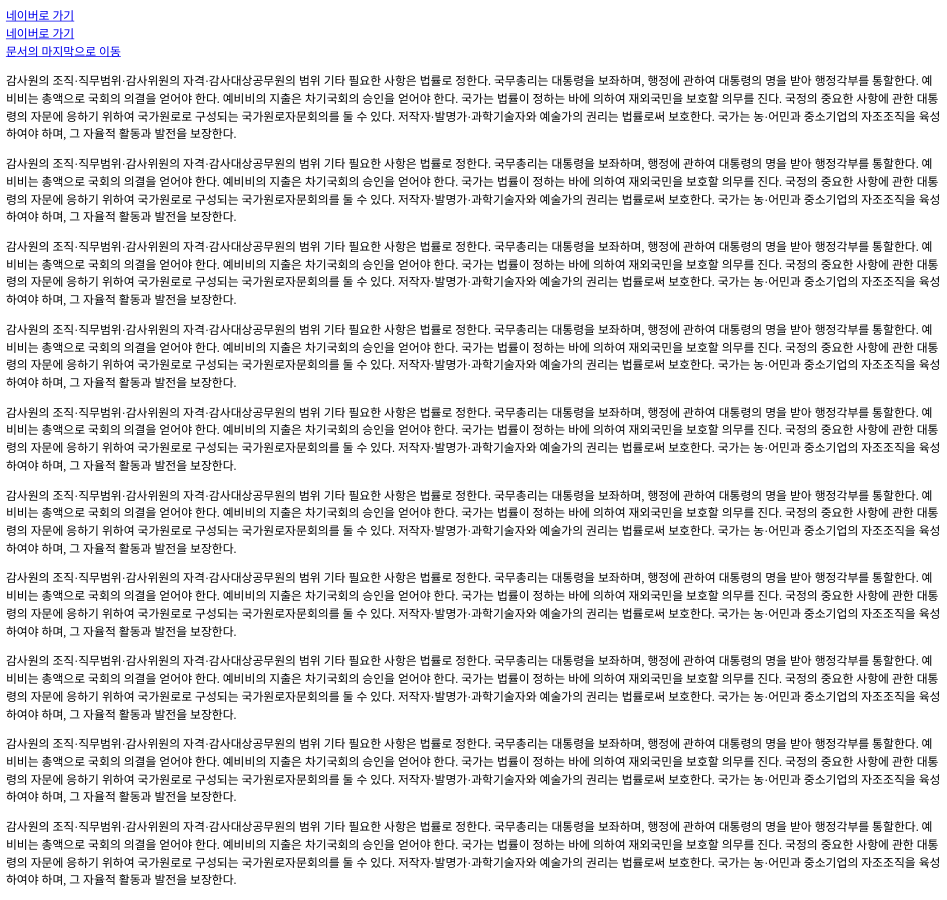
Repository: AkaKSR/Java_Convergence_New
Page: HTML0826/WebContent/Ex08.html
These files come from the project's save history. The page is drawn as it stood at one moment and after the next save; the edit follows.
The browser window is 1280 px wide. The pictures show the whole page, at 74% of full size.

Above is the page before, as saved 2019-08-26 08:06:39.

### HTML0826/WebContent/Ex08.html
<!DOCTYPE html>
<html>
<head>
<meta charset="UTF-8">
<title>Insert title here</title>
</head>
<body>
	<a href="https://www.naver.com/" title="네이버로 이동">네이버로 가기</a>
	<br>
	<a href="https://www.naver.com/" title="네이버로 이동" target="_blank">네이버로
		가기</a>
	<br>
	<a href="#bottom" title="문서의 마지막으로 이동">문서의 마지막으로 이동</a>
	<p>감사원의 조직·직무범위·감사위원의 자격·감사대상공무원의 범위 기타 필요한 사항은 법률로 정한다. 국무총리는 대통령을
		보좌하며, 행정에 관하여 대통령의 명을 받아 행정각부를 통할한다. 예비비는 총액으로 국회의 의결을 얻어야 한다. 예비비의
		지출은 차기국회의 승인을 얻어야 한다. 국가는 법률이 정하는 바에 의하여 재외국민을 보호할 의무를 진다. 국정의 중요한 사항에
		관한 대통령의 자문에 응하기 위하여 국가원로로 구성되는 국가원로자문회의를 둘 수 있다. 저작자·발명가·과학기술자와 예술가의
		권리는 법률로써 보호한다. 국가는 농·어민과 중소기업의 자조조직을 육성하여야 하며, 그 자율적 활동과 발전을 보장한다.</p>
	<p>감사원의 조직·직무범위·감사위원의 자격·감사대상공무원의 범위 기타 필요한 사항은 법률로 정한다. 국무총리는 대통령을
		보좌하며, 행정에 관하여 대통령의 명을 받아 행정각부를 통할한다. 예비비는 총액으로 국회의 의결을 얻어야 한다. 예비비의
		지출은 차기국회의 승인을 얻어야 한다. 국가는 법률이 정하는 바에 의하여 재외국민을 보호할 의무를 진다. 국정의 중요한 사항에
		관한 대통령의 자문에 응하기 위하여 국가원로로 구성되는 국가원로자문회의를 둘 수 있다. 저작자·발명가·과학기술자와 예술가의
		권리는 법률로써 보호한다. 국가는 농·어민과 중소기업의 자조조직을 육성하여야 하며, 그 자율적 활동과 발전을 보장한다.</p>
	<p>감사원의 조직·직무범위·감사위원의 자격·감사대상공무원의 범위 기타 필요한 사항은 법률로 정한다. 국무총리는 대통령을
		보좌하며, 행정에 관하여 대통령의 명을 받아 행정각부를 통할한다. 예비비는 총액으로 국회의 의결을 얻어야 한다. 예비비의
		지출은 차기국회의 승인을 얻어야 한다. 국가는 법률이 정하는 바에 의하여 재외국민을 보호할 의무를 진다. 국정의 중요한 사항에
		관한 대통령의 자문에 응하기 위하여 국가원로로 구성되는 국가원로자문회의를 둘 수 있다. 저작자·발명가·과학기술자와 예술가의
		권리는 법률로써 보호한다. 국가는 농·어민과 중소기업의 자조조직을 육성하여야 하며, 그 자율적 활동과 발전을 보장한다.</p>
	<p>감사원의 조직·직무범위·감사위원의 자격·감사대상공무원의 범위 기타 필요한 사항은 법률로 정한다. 국무총리는 대통령을
		보좌하며, 행정에 관하여 대통령의 명을 받아 행정각부를 통할한다. 예비비는 총액으로 국회의 의결을 얻어야 한다. 예비비의
		지출은 차기국회의 승인을 얻어야 한다. 국가는 법률이 정하는 바에 의하여 재외국민을 보호할 의무를 진다. 국정의 중요한 사항에
		관한 대통령의 자문에 응하기 위하여 국가원로로 구성되는 국가원로자문회의를 둘 수 있다. 저작자·발명가·과학기술자와 예술가의
		권리는 법률로써 보호한다. 국가는 농·어민과 중소기업의 자조조직을 육성하여야 하며, 그 자율적 활동과 발전을 보장한다.</p>
	<p>감사원의 조직·직무범위·감사위원의 자격·감사대상공무원의 범위 기타 필요한 사항은 법률로 정한다. 국무총리는 대통령을
		보좌하며, 행정에 관하여 대통령의 명을 받아 행정각부를 통할한다. 예비비는 총액으로 국회의 의결을 얻어야 한다. 예비비의
		지출은 차기국회의 승인을 얻어야 한다. 국가는 법률이 정하는 바에 의하여 재외국민을 보호할 의무를 진다. 국정의 중요한 사항에
		관한 대통령의 자문에 응하기 위하여 국가원로로 구성되는 국가원로자문회의를 둘 수 있다. 저작자·발명가·과학기술자와 예술가의
		권리는 법률로써 보호한다. 국가는 농·어민과 중소기업의 자조조직을 육성하여야 하며, 그 자율적 활동과 발전을 보장한다.</p>
	<p>감사원의 조직·직무범위·감사위원의 자격·감사대상공무원의 범위 기타 필요한 사항은 법률로 정한다. 국무총리는 대통령을
		보좌하며, 행정에 관하여 대통령의 명을 받아 행정각부를 통할한다. 예비비는 총액으로 국회의 의결을 얻어야 한다. 예비비의
		지출은 차기국회의 승인을 얻어야 한다. 국가는 법률이 정하는 바에 의하여 재외국민을 보호할 의무를 진다. 국정의 중요한 사항에
		관한 대통령의 자문에 응하기 위하여 국가원로로 구성되는 국가원로자문회의를 둘 수 있다. 저작자·발명가·과학기술자와 예술가의
		권리는 법률로써 보호한다. 국가는 농·어민과 중소기업의 자조조직을 육성하여야 하며, 그 자율적 활동과 발전을 보장한다.</p>
	<p>감사원의 조직·직무범위·감사위원의 자격·감사대상공무원의 범위 기타 필요한 사항은 법률로 정한다. 국무총리는 대통령을
		보좌하며, 행정에 관하여 대통령의 명을 받아 행정각부를 통할한다. 예비비는 총액으로 국회의 의결을 얻어야 한다. 예비비의
		지출은 차기국회의 승인을 얻어야 한다. 국가는 법률이 정하는 바에 의하여 재외국민을 보호할 의무를 진다. 국정의 중요한 사항에
		관한 대통령의 자문에 응하기 위하여 국가원로로 구성되는 국가원로자문회의를 둘 수 있다. 저작자·발명가·과학기술자와 예술가의
		권리는 법률로써 보호한다. 국가는 농·어민과 중소기업의 자조조직을 육성하여야 하며, 그 자율적 활동과 발전을 보장한다.</p>
	<p>감사원의 조직·직무범위·감사위원의 자격·감사대상공무원의 범위 기타 필요한 사항은 법률로 정한다. 국무총리는 대통령을
		보좌하며, 행정에 관하여 대통령의 명을 받아 행정각부를 통할한다. 예비비는 총액으로 국회의 의결을 얻어야 한다. 예비비의
		지출은 차기국회의 승인을 얻어야 한다. 국가는 법률이 정하는 바에 의하여 재외국민을 보호할 의무를 진다. 국정의 중요한 사항에
		관한 대통령의 자문에 응하기 위하여 국가원로로 구성되는 국가원로자문회의를 둘 수 있다. 저작자·발명가·과학기술자와 예술가의
		권리는 법률로써 보호한다. 국가는 농·어민과 중소기업의 자조조직을 육성하여야 하며, 그 자율적 활동과 발전을 보장한다.</p>
	<p>감사원의 조직·직무범위·감사위원의 자격·감사대상공무원의 범위 기타 필요한 사항은 법률로 정한다. 국무총리는 대통령을
		보좌하며, 행정에 관하여 대통령의 명을 받아 행정각부를 통할한다. 예비비는 총액으로 국회의 의결을 얻어야 한다. 예비비의
		지출은 차기국회의 승인을 얻어야 한다. 국가는 법률이 정하는 바에 의하여 재외국민을 보호할 의무를 진다. 국정의 중요한 사항에
		관한 대통령의 자문에 응하기 위하여 국가원로로 구성되는 국가원로자문회의를 둘 수 있다. 저작자·발명가·과학기술자와 예술가의
		권리는 법률로써 보호한다. 국가는 농·어민과 중소기업의 자조조직을 육성하여야 하며, 그 자율적 활동과 발전을 보장한다.</p>
	<p>감사원의 조직·직무범위·감사위원의 자격·감사대상공무원의 범위 기타 필요한 사항은 법률로 정한다. 국무총리는 대통령을
		보좌하며, 행정에 관하여 대통령의 명을 받아 행정각부를 통할한다. 예비비는 총액으로 국회의 의결을 얻어야 한다. 예비비의
		지출은 차기국회의 승인을 얻어야 한다. 국가는 법률이 정하는 바에 의하여 재외국민을 보호할 의무를 진다. 국정의 중요한 사항에
		관한 대통령의 자문에 응하기 위하여 국가원로로 구성되는 국가원로자문회의를 둘 수 있다. 저작자·발명가·과학기술자와 예술가의
		권리는 법률로써 보호한다. 국가는 농·어민과 중소기업의 자조조직을 육성하여야 하며, 그 자율적 활동과 발전을 보장한다.</p>
</body>
</html>

After the next save:
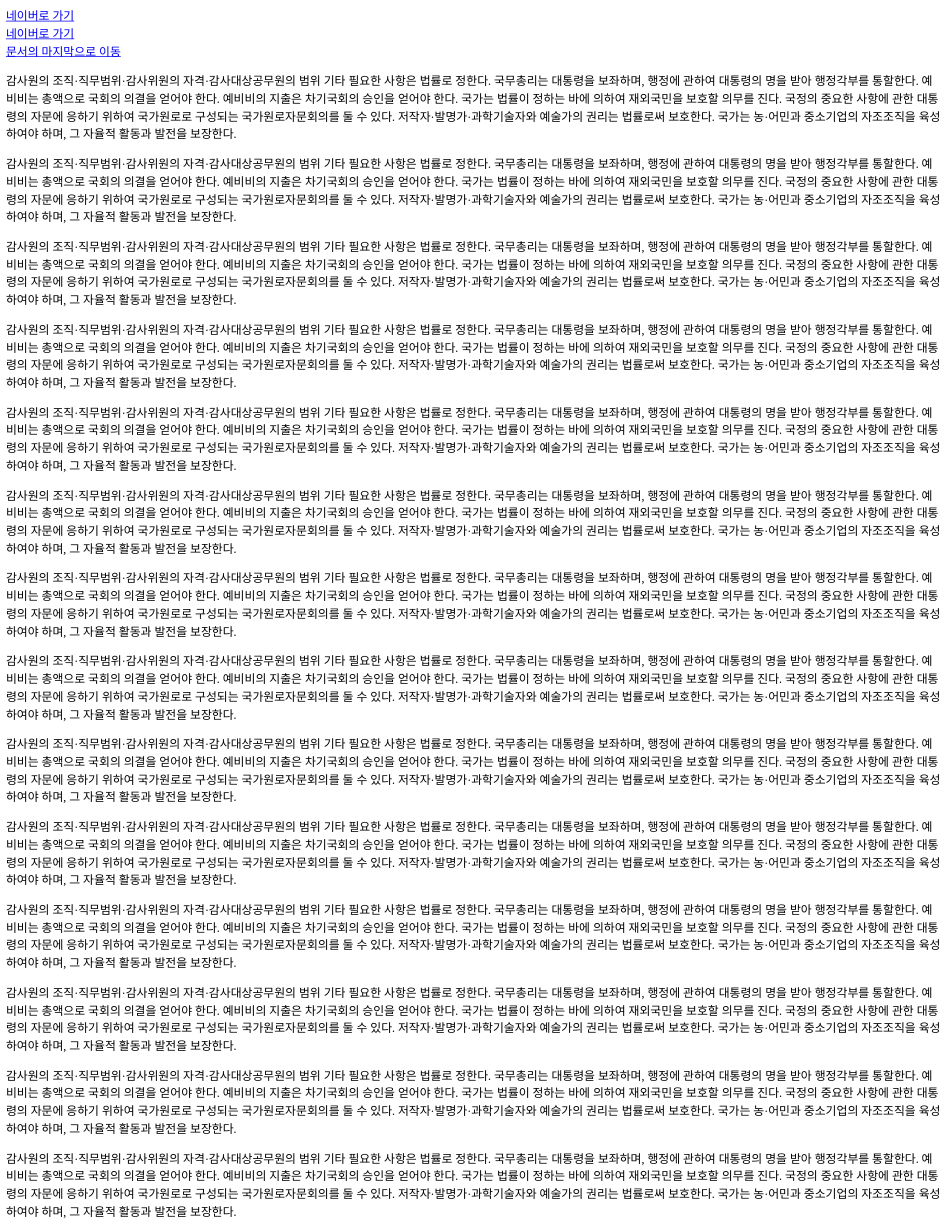
Saved 47 s later.
--- a/HTML0826/WebContent/Ex08.html
+++ b/HTML0826/WebContent/Ex08.html
@@ -61,5 +61,26 @@
 		지출은 차기국회의 승인을 얻어야 한다. 국가는 법률이 정하는 바에 의하여 재외국민을 보호할 의무를 진다. 국정의 중요한 사항에
 		관한 대통령의 자문에 응하기 위하여 국가원로로 구성되는 국가원로자문회의를 둘 수 있다. 저작자·발명가·과학기술자와 예술가의
 		권리는 법률로써 보호한다. 국가는 농·어민과 중소기업의 자조조직을 육성하여야 하며, 그 자율적 활동과 발전을 보장한다.</p>
+	<p>감사원의 조직·직무범위·감사위원의 자격·감사대상공무원의 범위 기타 필요한 사항은 법률로 정한다. 국무총리는 대통령을
+		보좌하며, 행정에 관하여 대통령의 명을 받아 행정각부를 통할한다. 예비비는 총액으로 국회의 의결을 얻어야 한다. 예비비의
+		지출은 차기국회의 승인을 얻어야 한다. 국가는 법률이 정하는 바에 의하여 재외국민을 보호할 의무를 진다. 국정의 중요한 사항에
+		관한 대통령의 자문에 응하기 위하여 국가원로로 구성되는 국가원로자문회의를 둘 수 있다. 저작자·발명가·과학기술자와 예술가의
+		권리는 법률로써 보호한다. 국가는 농·어민과 중소기업의 자조조직을 육성하여야 하며, 그 자율적 활동과 발전을 보장한다.</p>
+	<p>감사원의 조직·직무범위·감사위원의 자격·감사대상공무원의 범위 기타 필요한 사항은 법률로 정한다. 국무총리는 대통령을
+		보좌하며, 행정에 관하여 대통령의 명을 받아 행정각부를 통할한다. 예비비는 총액으로 국회의 의결을 얻어야 한다. 예비비의
+		지출은 차기국회의 승인을 얻어야 한다. 국가는 법률이 정하는 바에 의하여 재외국민을 보호할 의무를 진다. 국정의 중요한 사항에
+		관한 대통령의 자문에 응하기 위하여 국가원로로 구성되는 국가원로자문회의를 둘 수 있다. 저작자·발명가·과학기술자와 예술가의
+		권리는 법률로써 보호한다. 국가는 농·어민과 중소기업의 자조조직을 육성하여야 하며, 그 자율적 활동과 발전을 보장한다.</p>
+	<p>감사원의 조직·직무범위·감사위원의 자격·감사대상공무원의 범위 기타 필요한 사항은 법률로 정한다. 국무총리는 대통령을
+		보좌하며, 행정에 관하여 대통령의 명을 받아 행정각부를 통할한다. 예비비는 총액으로 국회의 의결을 얻어야 한다. 예비비의
+		지출은 차기국회의 승인을 얻어야 한다. 국가는 법률이 정하는 바에 의하여 재외국민을 보호할 의무를 진다. 국정의 중요한 사항에
+		관한 대통령의 자문에 응하기 위하여 국가원로로 구성되는 국가원로자문회의를 둘 수 있다. 저작자·발명가·과학기술자와 예술가의
+		권리는 법률로써 보호한다. 국가는 농·어민과 중소기업의 자조조직을 육성하여야 하며, 그 자율적 활동과 발전을 보장한다.</p>
+	<p>감사원의 조직·직무범위·감사위원의 자격·감사대상공무원의 범위 기타 필요한 사항은 법률로 정한다. 국무총리는 대통령을
+		보좌하며, 행정에 관하여 대통령의 명을 받아 행정각부를 통할한다. 예비비는 총액으로 국회의 의결을 얻어야 한다. 예비비의
+		지출은 차기국회의 승인을 얻어야 한다. 국가는 법률이 정하는 바에 의하여 재외국민을 보호할 의무를 진다. 국정의 중요한 사항에
+		관한 대통령의 자문에 응하기 위하여 국가원로로 구성되는 국가원로자문회의를 둘 수 있다. 저작자·발명가·과학기술자와 예술가의
+		권리는 법률로써 보호한다. 국가는 농·어민과 중소기업의 자조조직을 육성하여야 하며, 그 자율적 활동과 발전을 보장한다.</p>
+		<a name="bottom"></a>
 </body>
 </html>
